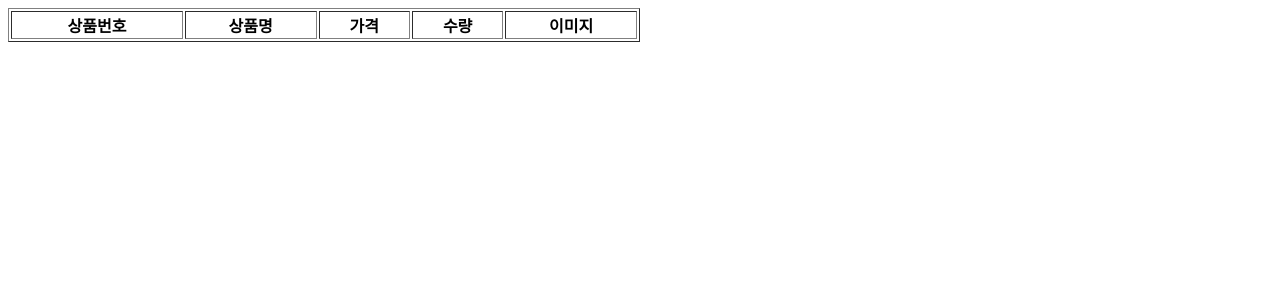
Repository: Jin0207/html_css
Page: http://localhost/day1130/listGoods_db.jsp
An editor plug-in stored every save of this project. The page is shown before and after the next save, followed by the edit.
The browser window is 1280 px wide. The pictures show the whole page.
The page is served by Tomcat 9. Other server files are loaded and not shown. Queries for data that is not in the repository find no rows.

Above is the page before, as saved 2021-11-30 02:18:49.

### day1130/src/main/webapp/listGoods_db.jsp
<%@page import="com.sist.vo.GoodsVO"%>
<%@page import="java.util.ArrayList"%>
<%@page import="com.sist.dao.GoodsDAO"%>
<%@ page language="java" contentType="text/html; charset=EUC-KR"
    pageEncoding="EUC-KR"%>
<!DOCTYPE html>
<html>
<head>
<meta charset="EUC-KR">
<title>Insert title here</title>
</head>
<body>
	<%
		GoodsDAO dao = new GoodsDAO();
		ArrayList<GoodsVO> list = dao.listGoods();
	%>
	<table border="1" width="50%">
		<tr>
			<th>상품번호</th>
			<th>상품명</th>
			<th>가격</th>
			<th>수량</th>
			<th>이미지</th>
		</tr>
		<%
			for(GoodsVO v : list){
		%>
			<tr>
				<td><%= v.getNo()%></td>
				<td><%= v.getName()%></td>
				<td><%= v.getPrice()%></td>
				<td><%= v.getQty()%></td>
				<td><img src="images/<%=v.getFname()%>" width="80" height="80"></td>
			</tr>
		<%
			}
		%>
	</table>
</body>
</html>

### day1130/src/main/java/com/sist/dao/GoodsDAO.java
package com.sist.dao;

import java.sql.Connection;
import java.sql.DriverManager;
import java.sql.ResultSet;
import java.sql.Statement;
import java.util.ArrayList;

import com.sist.vo.GoodsVO;

public class GoodsDAO {

	public ArrayList<GoodsVO> listGoods(){
		ArrayList<GoodsVO> list = new ArrayList<GoodsVO>();
		String sql = "select * from goods";
		String driver = "oracle.jdbc.driver.OracleDriver";
		String url = "jdbc:oracle:thin:@localhost:1521:XE";
		String user = "c##madang";
		String pwd = "madang";
		Connection conn = null;
		Statement stmt = null;
		ResultSet rs = null;

		try {
			Class.forName(driver);
			conn = DriverManager.getConnection(url, user, pwd);
			stmt = conn.createStatement();
			rs = stmt.executeQuery(sql);

			while (rs.next()) {
				list.add(new GoodsVO(rs.getInt(1), rs.getString(2), rs.getInt(3), rs.getInt(4), rs.getString(5)));
			}
		} catch (Exception e) {
			System.out.println("예외발생:" + e.getMessage());
		}finally {
			try {
				if(rs != null)rs.close();
				if(stmt != null)stmt.close();
				if(conn != null)conn.close();
			} catch (Exception e2) {
				// TODO: handle exception
			}
		}
		return list;
	}
}

After the next save:
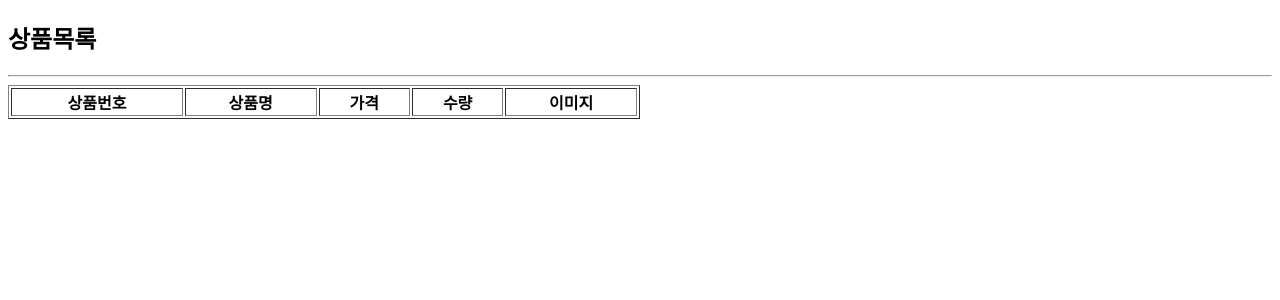
Saved 2 min 36 s later.
--- a/day1130/src/main/webapp/listGoods_db.jsp
+++ b/day1130/src/main/webapp/listGoods_db.jsp
@@ -14,6 +14,8 @@
 		GoodsDAO dao = new GoodsDAO();
 		ArrayList<GoodsVO> list = dao.listGoods();
 	%>
+	<h2>상품목록</h2>
+	<hr>
 	<table border="1" width="50%">
 		<tr>
 			<th>상품번호</th>
